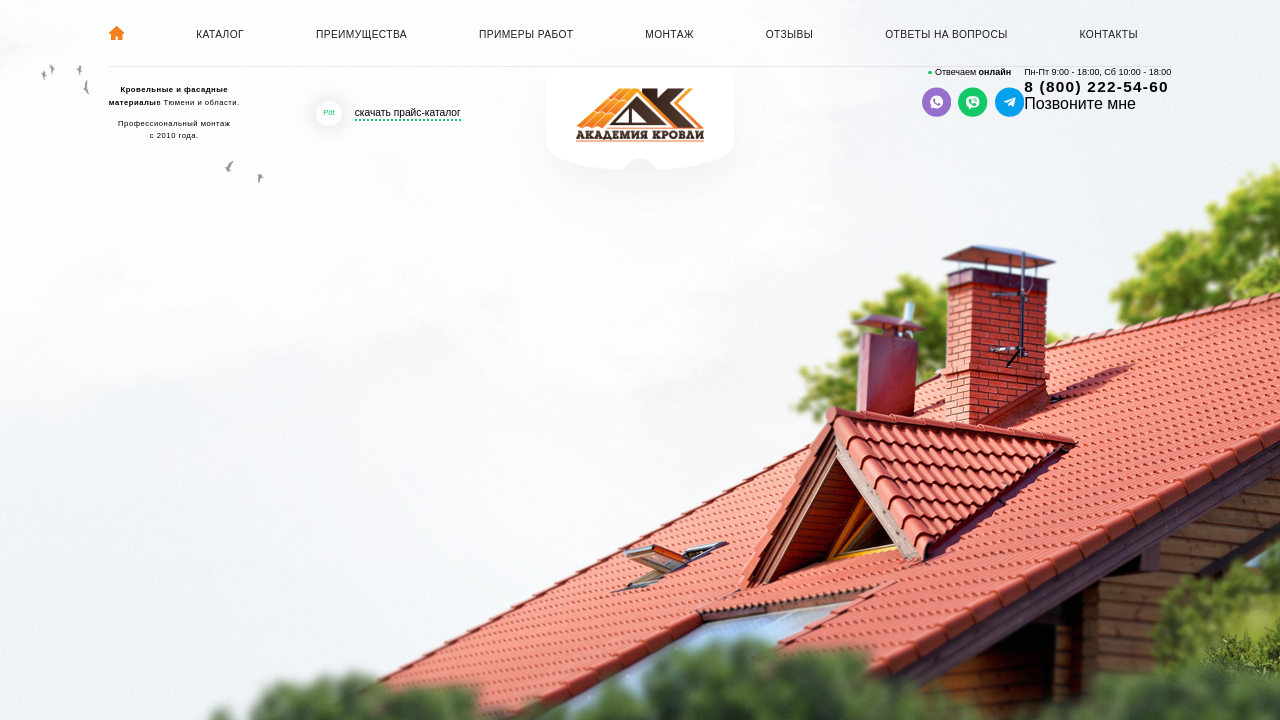
Repository: dima-hacker0/test_task_deyneka
Page: /
The author's editor kept a copy of each file at every save. The page is drawn from the files as they stood at one save, then again after the next save.
The browser window is 1280 px wide. The pictures show the whole page.
The project was rebuilt for these pictures with package versions that can differ from the ones it lists, and the page was loaded fresh each time.

Above is the page before, as saved 2022-06-22 18:46:10.

After the next save:
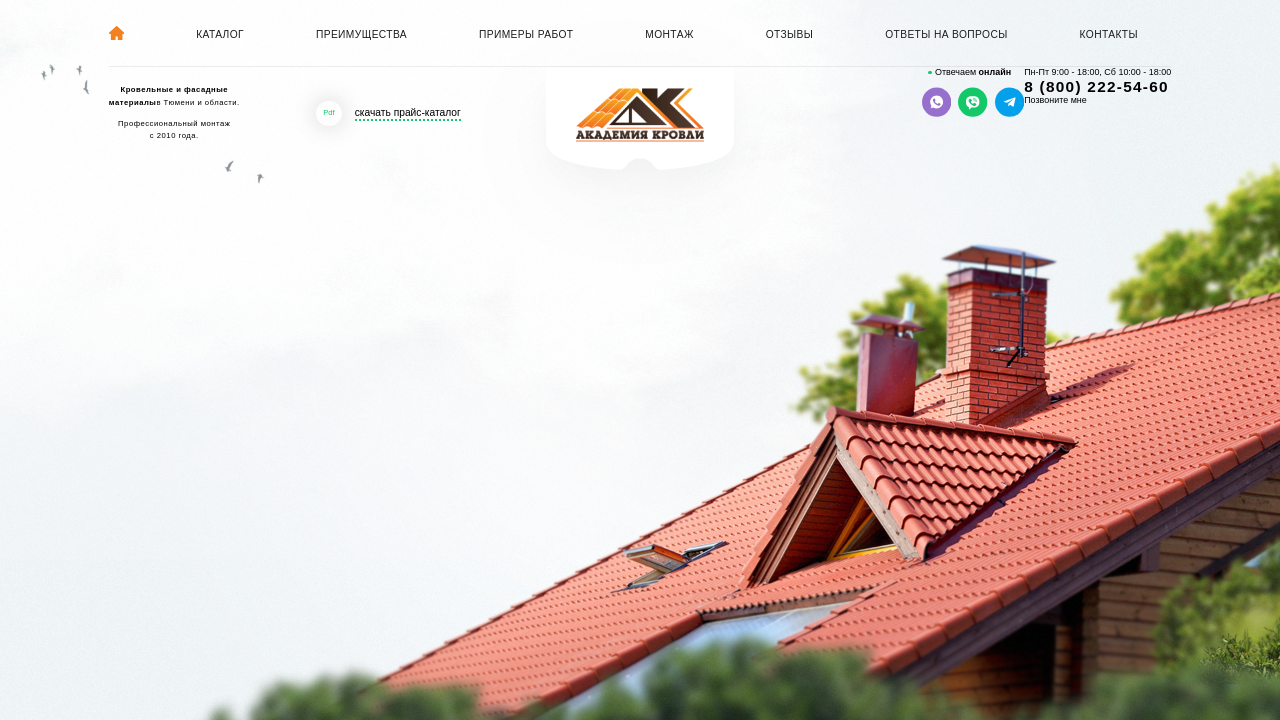
Saved 10 s later.
--- a/src/components/main_page/top_panel/block_call_me/call_me.jsx
+++ b/src/components/main_page/top_panel/block_call_me/call_me.jsx
@@ -7,7 +7,7 @@
         Пн-Пт 9:00 - 18:00, Сб 10:00 - 18:00
       </p>
       <p className={classes.number}>8 (800) 222-54-60</p>
-      <p>Позвоните мне</p>
+      <p className={classes.callMeText}>Позвоните мне</p>
     </div>
   );
 };
